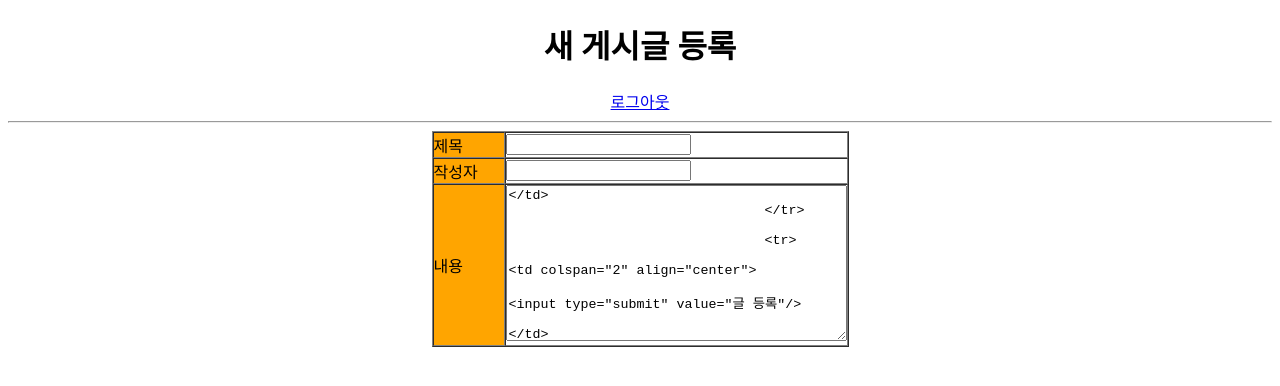
Repository: allstar94/spring_practice
Page: http://localhost/Model2_Board/insertBoard.jsp
These files come from the project's save history. The page is drawn as it stood at one moment and after the next save; the edit follows.
The browser window is 1280 px wide. The pictures show the whole page.
The page is served by Tomcat 9.

Above is the page before, as saved 2021-10-26 06:26:02.

After the next save:
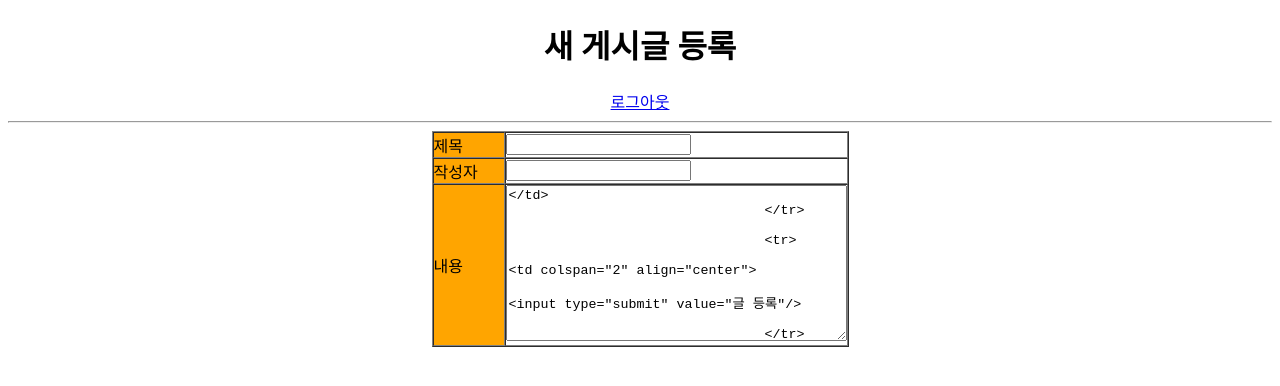
Saved 102 s later.
--- a/Model2_Board/src/main/webapp/insertBoard.jsp
+++ b/Model2_Board/src/main/webapp/insertBoard.jsp
@@ -12,7 +12,7 @@
 <body>
 	<center>
 		<h1>새 게시글 등록</h1>
-		<a href="Logout.do">로그아웃</a>
+		<a href="logout.do">로그아웃</a>
 		<hr>
 		<form name="insertForm" method="POST" action="insertBoard.do">
 			<table border="1" cellpadding="0" cellspacing="0">
@@ -33,7 +33,7 @@
 				<tr>
 					<td colspan="2" align="center">
 						<input type="submit" value="글 등록"/>
-					</td>
+
 				</tr>
 			</table>
 		</form>
